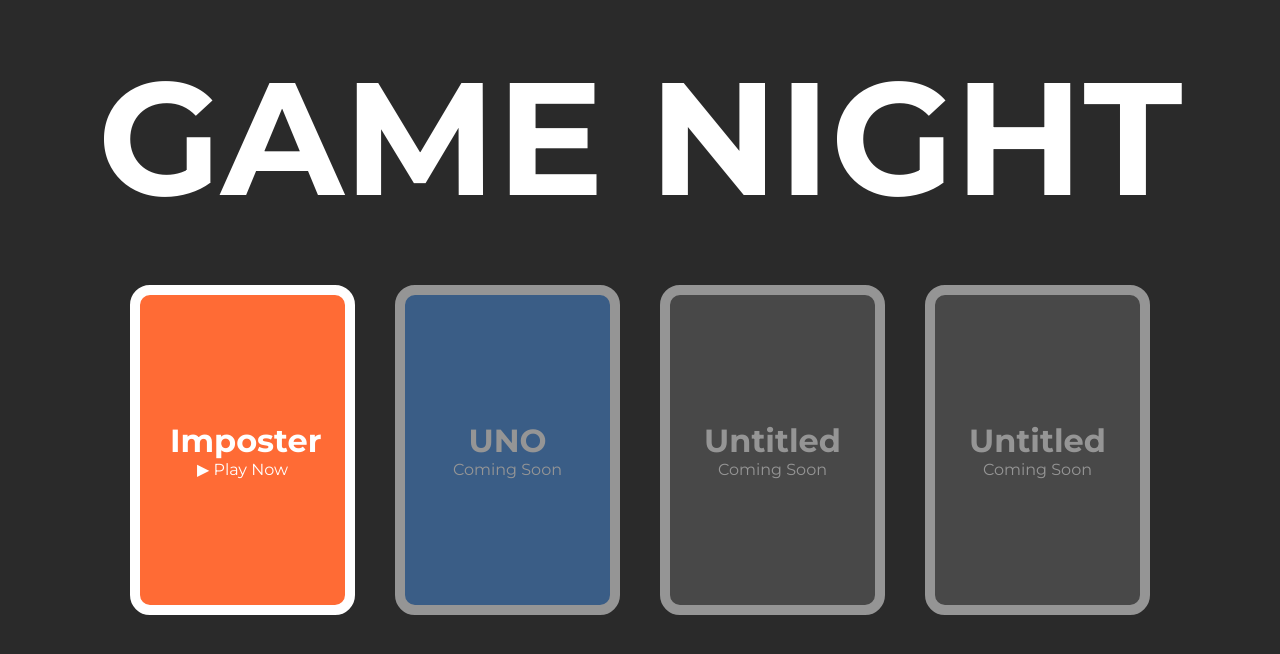
Repository: nfemmanuel/game-night-app
Page: /imposter-setup
These files come from the project's save history. The page is drawn as it stood at one moment and after a run of saves; the edit follows.
The browser window is 1280 px wide. The pictures show the whole page.
The project was rebuilt for these pictures with package versions that can differ from the ones it lists, and the page was loaded fresh each time.

Above is the page before, as saved 2025-12-31 16:46:32.

After the next 3 saves:
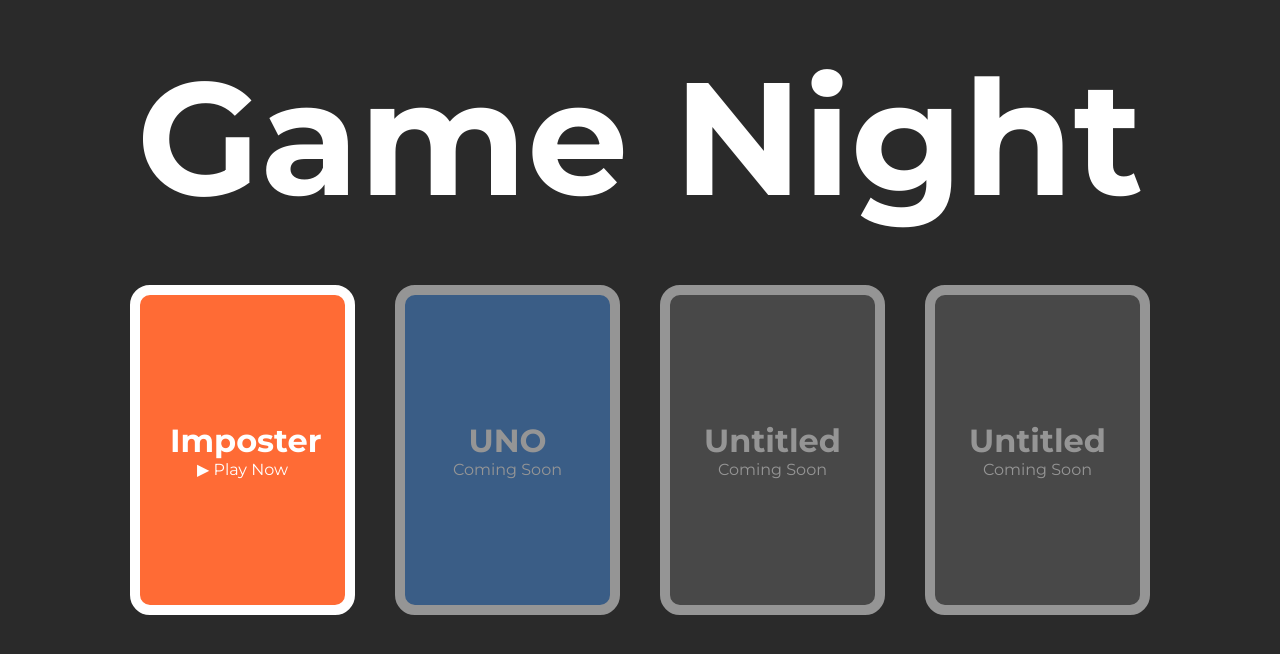
The 3 saves are shown as one change because they came seconds apart.
The last was saved 16 s later.
--- a/src/App.js
+++ b/src/App.js
@@ -8,7 +8,7 @@ function App() {
 
   return (
     <div style={{ padding: '40px', textAlign: 'center' }}>
-      <h1 style={{ fontSize: '10rem' }}>GAME NIGHT</h1>
+      <h1 style={{ fontSize: '10rem' }}>Game Night</h1>
 
       <div style={{
         display: 'flex',
